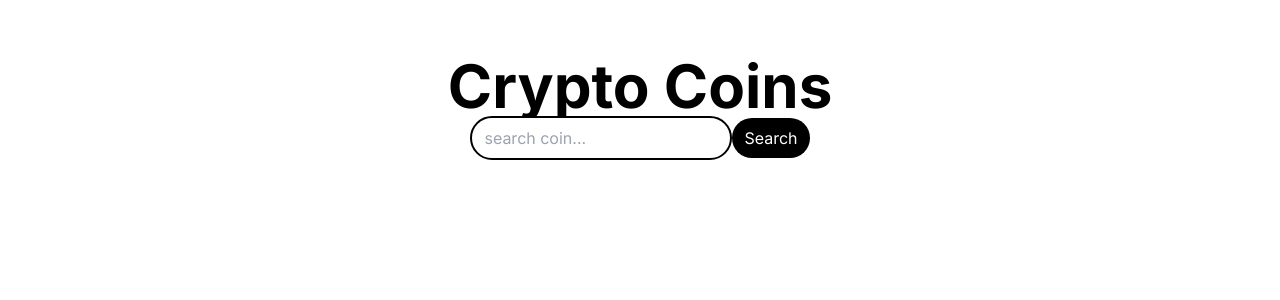
Repository: bittu-Patel/coins
Page: /
These files come from the project's save history. The page is drawn as it stood at one moment and after the next save; the edit follows.
The browser window is 1280 px wide. The pictures show the whole page.
The page's requests for data from a server got no answer. The project was rebuilt for these pictures with package versions that can differ from the ones it lists, and the page was loaded fresh each time. The framework's server and built-in components were replaced by stand-ins that run in the browser. No one was signed in, and anything a server would have sent is missing. Also part of the build but not shown: next.config.js.

Above is the page before, as saved 2023-12-18 16:28:22.

After the next save:
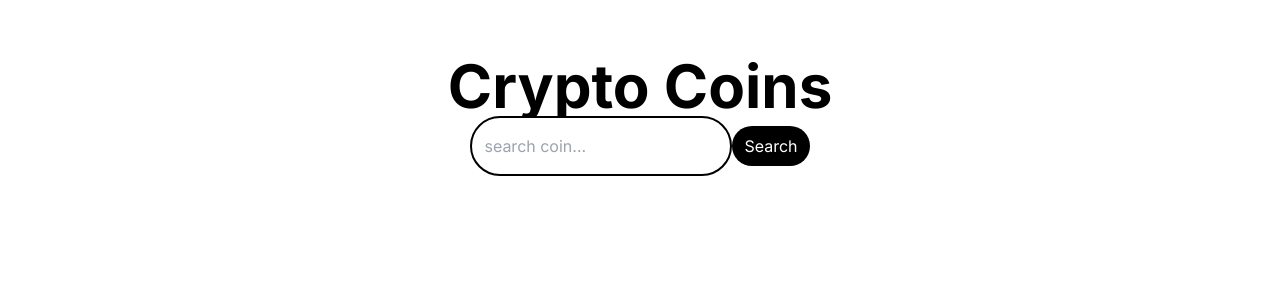
Saved 95 s later.
--- a/app/components/SearchCoins.jsx
+++ b/app/components/SearchCoins.jsx
@@ -17,7 +17,7 @@
     <div>
       <form onSubmit={handleSubmit}>
         <input
-          className="text-black border-black border-2 rounded-full px-3 py-2"
+          className="text-black border-black border-2 rounded-full px-3 py-4"
           type="text"
           placeholder="search coin... "
           value={query}

After the save that followed:
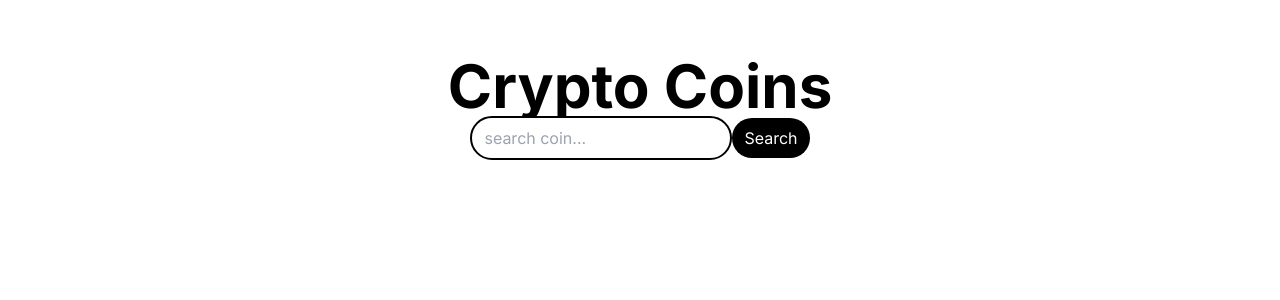
Saved 5 s later.
--- a/app/components/SearchCoins.jsx
+++ b/app/components/SearchCoins.jsx
@@ -17,7 +17,7 @@
     <div>
       <form onSubmit={handleSubmit}>
         <input
-          className="text-black border-black border-2 rounded-full px-3 py-4"
+          className="text-black border-black border-2 rounded-full px-3 py-2"
           type="text"
           placeholder="search coin... "
           value={query}
